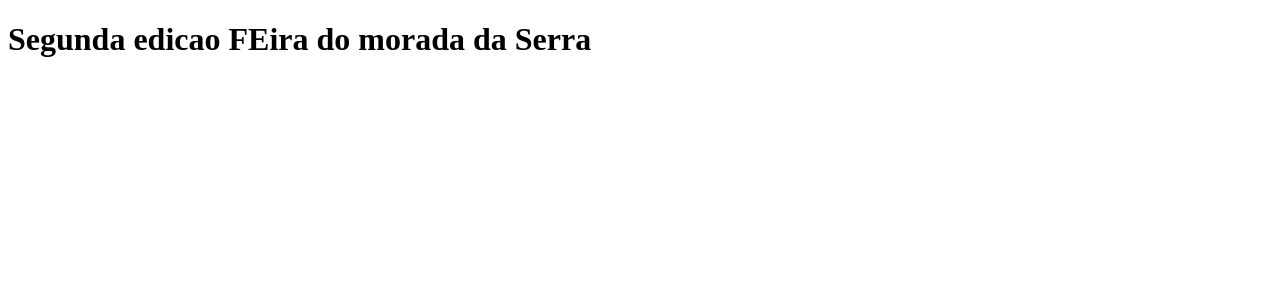
Repository: valerianogueirasilva/feiraibirite
Page: SoacialProject/Index.html
These files come from the project's save history. The page is drawn as it stood at one moment and after the next save; the edit follows.
The browser window is 1280 px wide. The pictures show the whole page.

Above is the page before, as saved 2022-07-11 12:42:38.

After the next save:
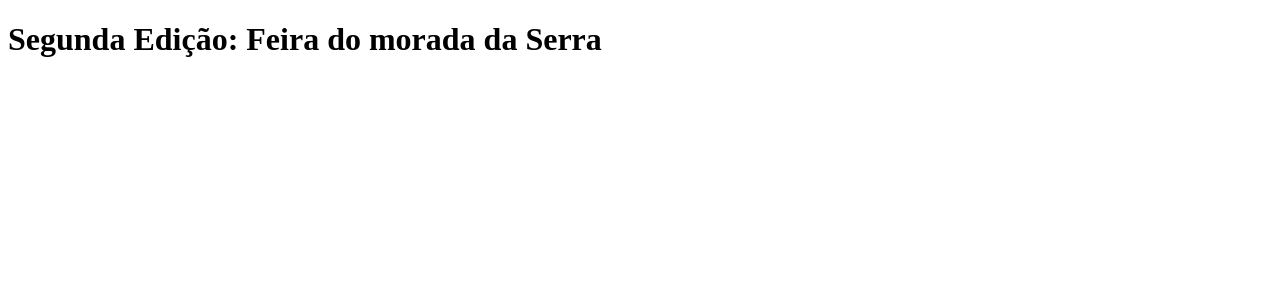
Saved 2 min 19 s later.
--- a/SoacialProject/Index.html
+++ b/SoacialProject/Index.html
@@ -3,7 +3,7 @@
 <head>
 <meta charset="ISO-8859-1">
 <title>Feira Social do Morada da Serra</title>
-<h1>Segunda edicao FEira do morada da Serra</h1>
+<h1 id="H1HeaderId" class="H1HeaderClass">Segunda Edição: Feira do morada da Serra</h1>
 </head>
 <body>
 
